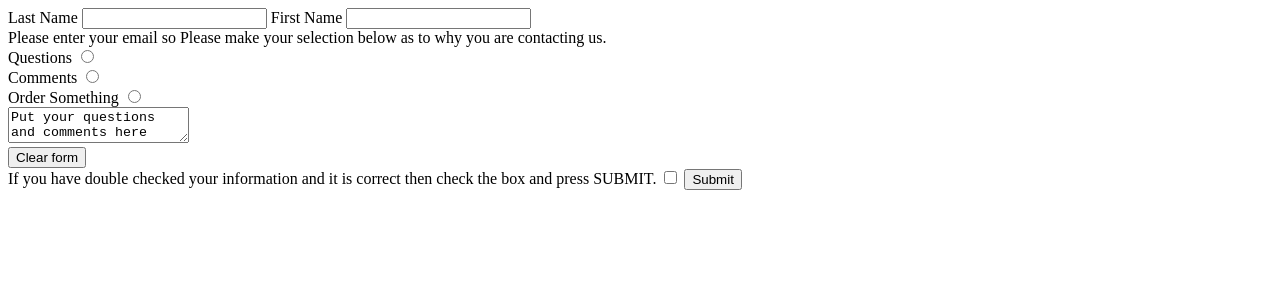
Repository: nsisk1/web-page-project
Page: contact-us.html
These files come from the project's save history. The page is drawn as it stood at one moment and after a run of saves; the edit follows.
The browser window is 1280 px wide. The pictures show the whole page.

Above is the page before, as saved 2024-07-14 10:02:38.

### contact-us.html
<!DOCTYPE html>
<html lang="En">
    <head>
        <title>Contact Us</title>
    </head>
    <body>
        <form id="myMailerForm" action="mailto:nsisk1@student.dallascollege.edu" method="post">
            <label>Last Name
                <input type="text" name="lastname" required>
            </label>
            <label>First Name
                <input type="text" name="firstname" required>
            </label><br>
            Please enter your email so
            Please make your selection below as to why you are contacting us.
            <br>
            Questions
            <input type="radio" name="reason" value="question">
            <br>
            Comments
            <input type="radio" name="reason" value="comments">
            <br>
            Order Something
            <input type="radio" name="reason" value="order">
            <br>
            <textarea name="textbox">Put your questions and comments here</textarea>
            <br>







            <input type="reset" value="Clear form">
            <br>If you have double checked your information and it is correct then check the box and press SUBMIT.
            <input type="checkbox" name="info">
            <input type="submit" value="Submit">
        </form>
    </body>
</html>

After the next 2 saves:
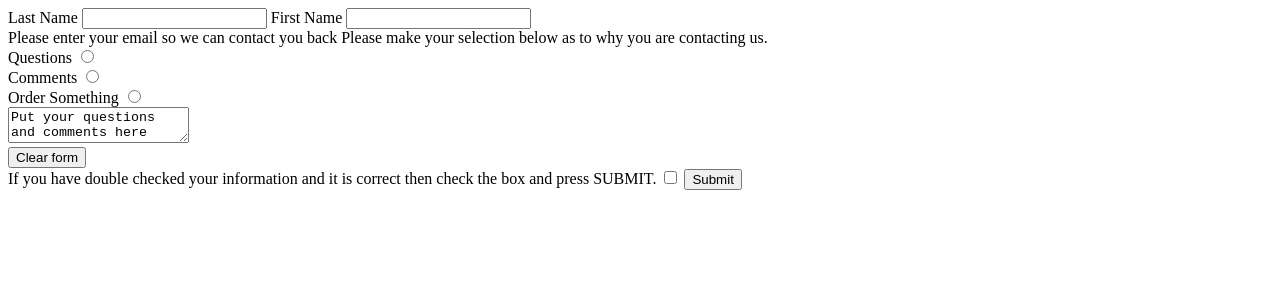
The 2 saves are shown as one change because they came seconds apart.
The last was saved 8 s later.
--- a/contact-us.html
+++ b/contact-us.html
@@ -11,7 +11,7 @@
             <label>First Name
                 <input type="text" name="firstname" required>
             </label><br>
-            Please enter your email so
+            Please enter your email so we can contact you back
             Please make your selection below as to why you are contacting us.
             <br>
             Questions
